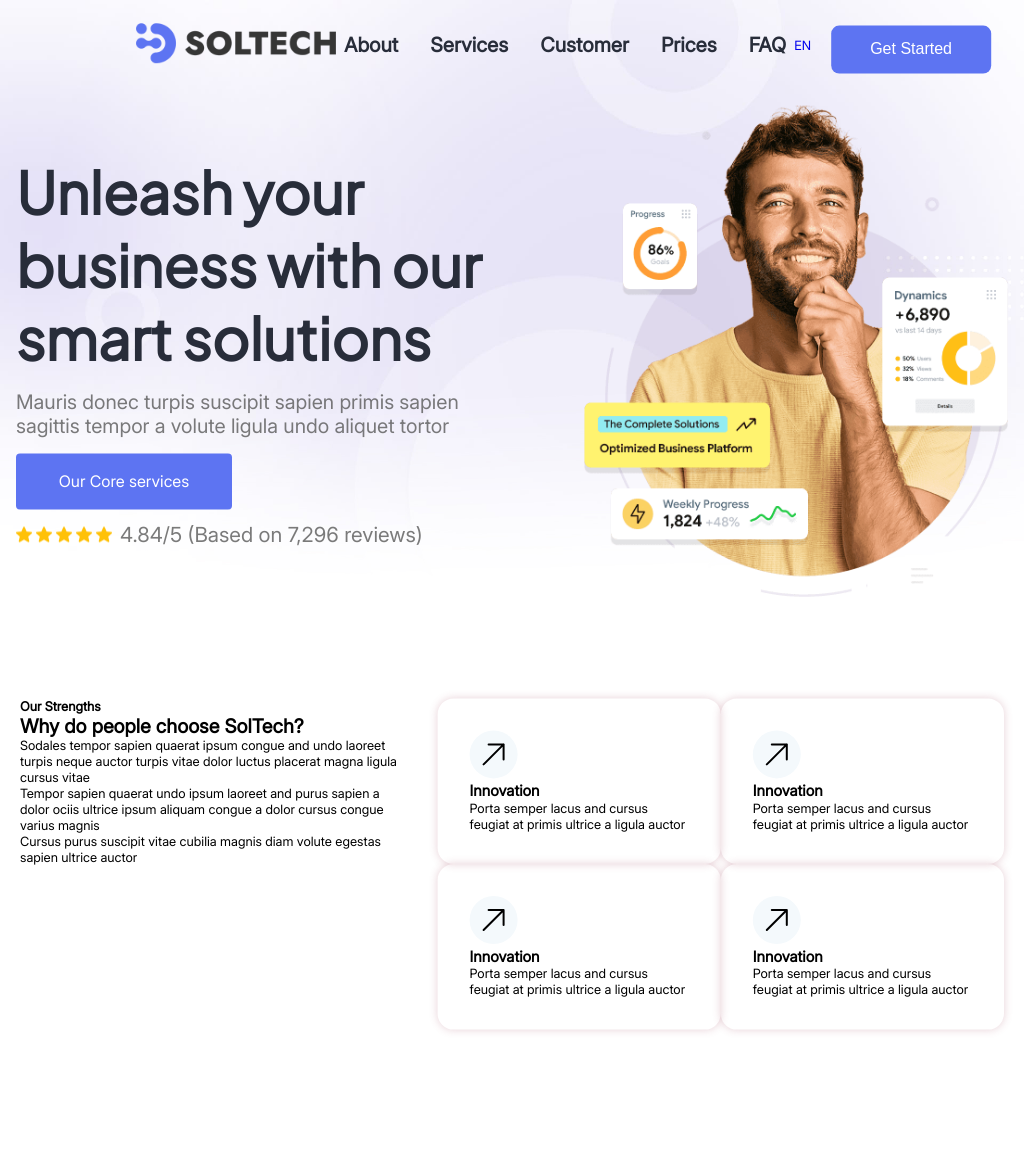
Repository: md-rabbi-hossain/Soltech-html
Page: index.html
An editor plug-in stored every save of this project. The page is shown before and after the next save, followed by the edit.
The browser window is 1280 px wide. The pictures show the whole page, at 80% of full size.

Above is the page before, as saved 2025-01-10 02:11:11.

After the next save:
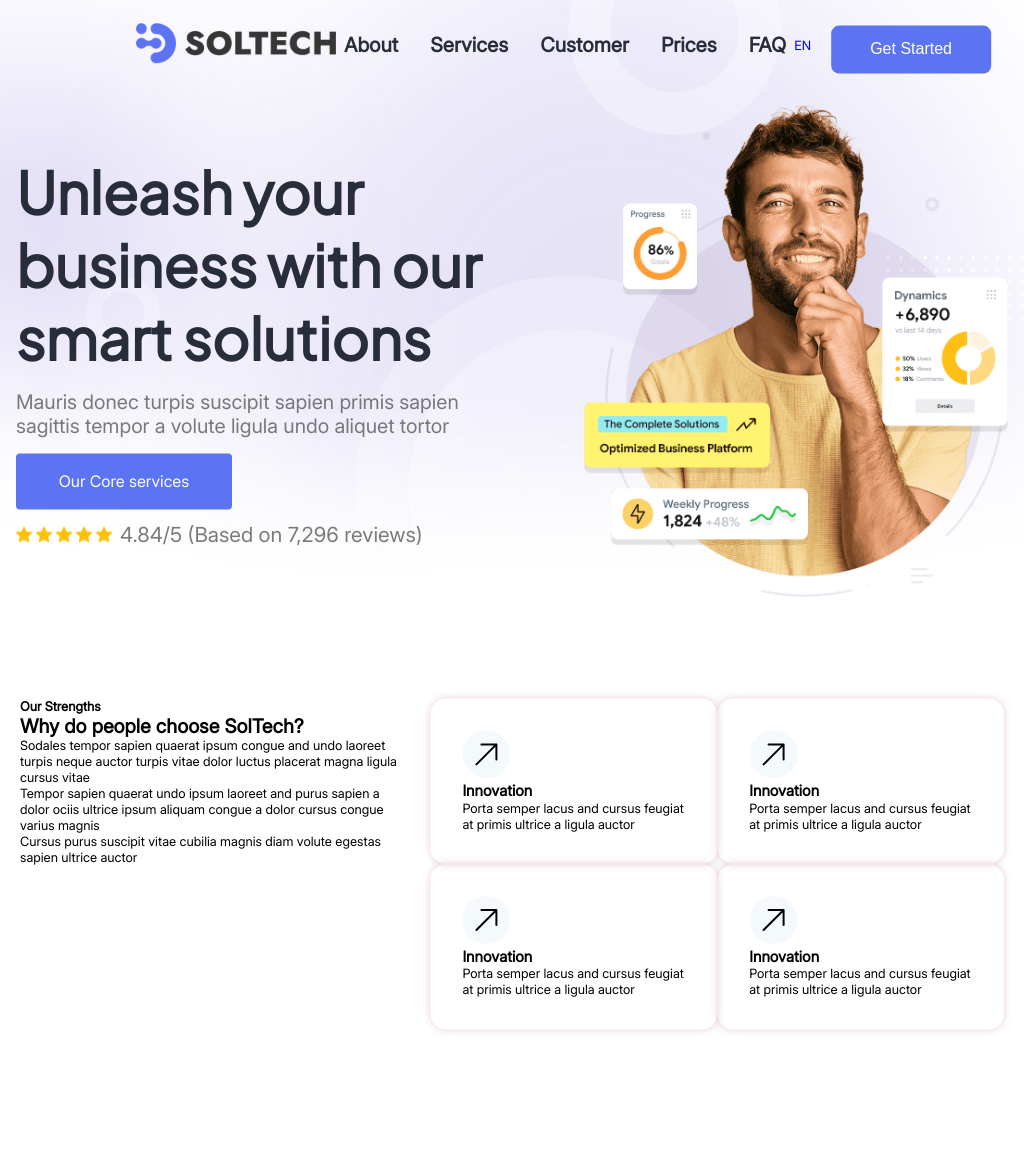
Saved 25 s later.
--- a/Css/style.css
+++ b/Css/style.css
@@ -235,6 +235,7 @@ section.main-container.cta-section {
   display: flex;
   flex-wrap: wrap;
   width: 60%;
+  margin-left: -15px;
 }
 .box {
   width: 50%;
